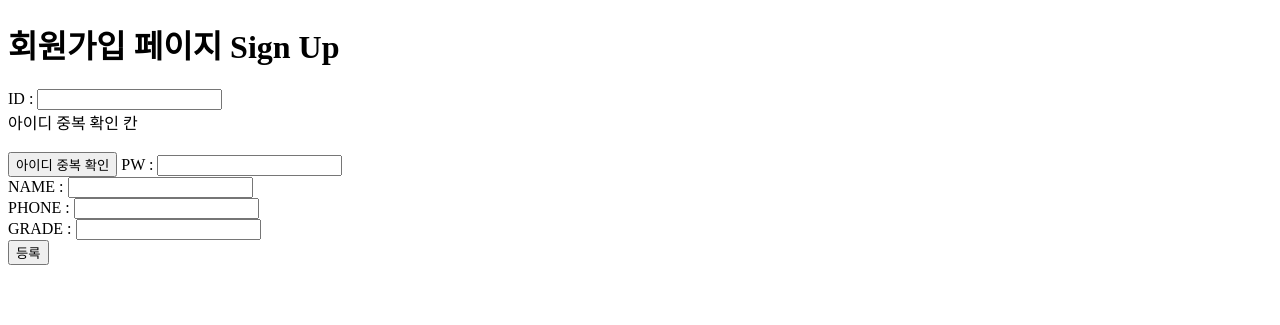
Repository: smallomg/bg-spring
Page: http://localhost/test3/WEB-INF/views/signup.jsp
An editor plug-in stored every save of this project. The page is shown before and after the next save, followed by the edit.
The browser window is 1280 px wide. The pictures show the whole page.
The page is served by Tomcat 10. Nobody is signed in. Other server files are loaded and not shown. The template is opened directly, without the code that normally fills it, so the values that code supplies are empty.

Above is the page before, as saved 2025-05-13 01:57:45.

### ldy_spring/test3/src/main/webapp/WEB-INF/views/signup.jsp
<%@ page language="java" contentType="text/html; charset=UTF-8"
	pageEncoding="UTF-8"%>
<!DOCTYPE html>
<html>
<head>
<meta charset="UTF-8">
<title>Insert title here</title>
</head>
<body>
	<h1>회원가입 페이지 Sign Up</h1>

	<form action="SignUp" method="post" onsubmit="return validateForm()">
		ID : <input type="text" name="id" id="id"><br>
		<div id=demo1>아이디 중복 확인 칸</div><br>
		<button type="button" onclick="idcheck()">아이디 중복 확인</button>
		PW : <input type="text" name="pw" id="pw"><br>
		NAME : <input type="text" name="name"><br>
		PHONE : <input type="text" name="phone"><br>
		GRADE : <input type="text" name="grade"><br>
		<input type="submit" value="등록">
	</form>

	<script>
		function validateForm() {
			const idRegex = /^[a-zA-Z][a-zA-Z0-9]{7,}$/;
			// ^[a-zA-Z] : 첫 글자는 영문자
			// [a-zA-Z0-9]{7,} : 나머지 최소 7글자는 영문 또는 숫자
			const id = document.querySelector("#id").value;
			if (!idRegex.test(id)) {
				alert("아이디는 8개 이상의 문자열과 영문으로 시작하여야 합니다");
				return
			}

			// ^ 	문자열의 시작
			// (?=.*[a-zA-Z]) 영문자 1개이상 포함
			// (?=.*[0-9])	숫자 1개 이상 포함
			// (?=.*[!@#$%^&*])	특수문자 1개 이상 포함 (지정된 것만)
			// $	문자열의 끝

			const pwRegex = /^(?=.*[a-zA-Z])(?=.*[0-9])(?=.*[!@#$%^&*])[A-Za-z0-9!@#$%^&*]{7,}$/;
			const pw = document.querySelector("#pw").value;
			if (!pwRegex.test(pw)) {
				alert("패스워드는 8개 이상의 문자열과 영문 기호 숫자로 구성되어야합니다");
				return
			}
		}


		let idValid = false;
		function idcheck() {
			const id = document.getElementById('id').value;
			if (!id) {
				alert('아이디를 입력하세요.');
				return;
			}
			const xhr = new XMLHttpRequest();
			xhr.onload = function() {
				if (xhr.responseText === "1") {
					document.getElementById('demo1').innerHTML = "사용중인 아이디 입니다";
					idValid = false;
				} else {
					document.getElementById('demo1').innerHTML = "사용가능한 아이디";
					idValid = true;
				}

			}
			xhr.open('GET', '/idcheck?id=' + id);
			xhr.send();
		}
	</script>
</body>
</html>

After the next save:
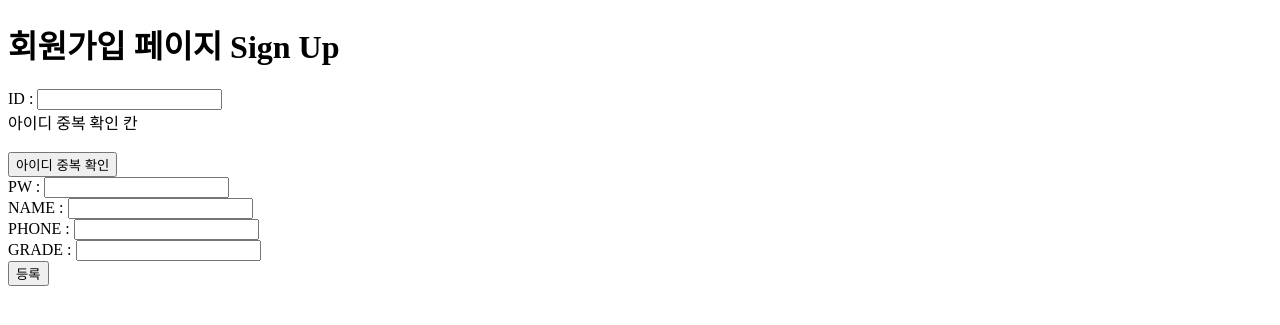
Saved 8 s later.
--- a/ldy_spring/test3/src/main/webapp/WEB-INF/views/signup.jsp
+++ b/ldy_spring/test3/src/main/webapp/WEB-INF/views/signup.jsp
@@ -12,7 +12,7 @@
 	<form action="SignUp" method="post" onsubmit="return validateForm()">
 		ID : <input type="text" name="id" id="id"><br>
 		<div id=demo1>아이디 중복 확인 칸</div><br>
-		<button type="button" onclick="idcheck()">아이디 중복 확인</button>
+		<button type="button" onclick="idcheck()">아이디 중복 확인</button><br>
 		PW : <input type="text" name="pw" id="pw"><br>
 		NAME : <input type="text" name="name"><br>
 		PHONE : <input type="text" name="phone"><br>
